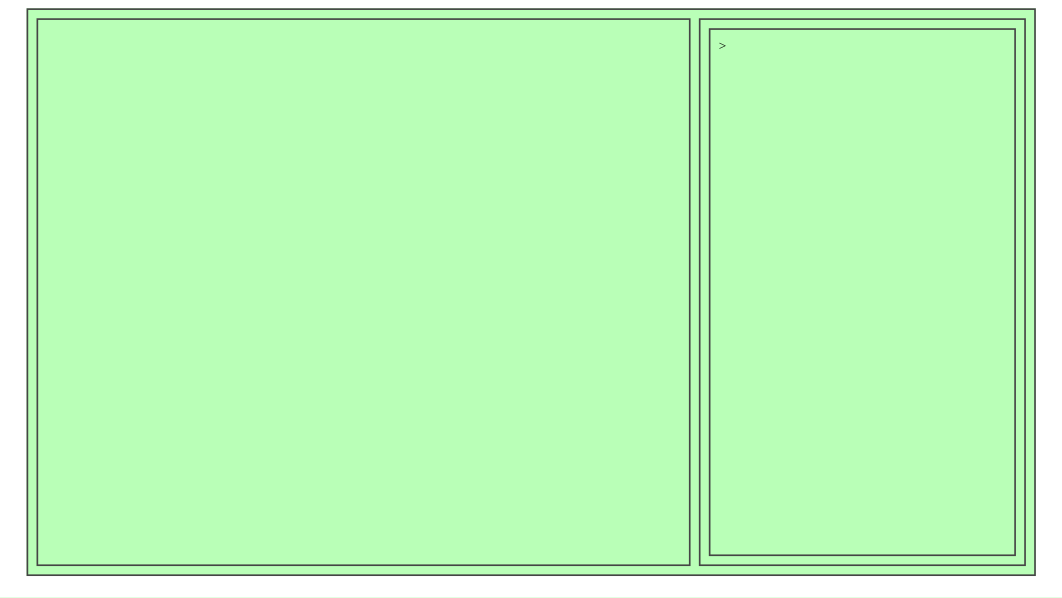
Repository: tannerbroberts/tannerbroberts.github.io
Page: /
An editor plug-in stored every save of this project. The page is shown before and after a run of saves, followed by the edit.
The browser window is 1280 px wide. The pictures show the whole page, at 83% of full size.
The project was rebuilt for these pictures with package versions that can differ from the ones it lists, and the page was loaded fresh each time. Also part of the build but not shown: vite.config.ts.

Above is the page before, as saved 2022-10-04 09:45:45.

After the next 2 saves:
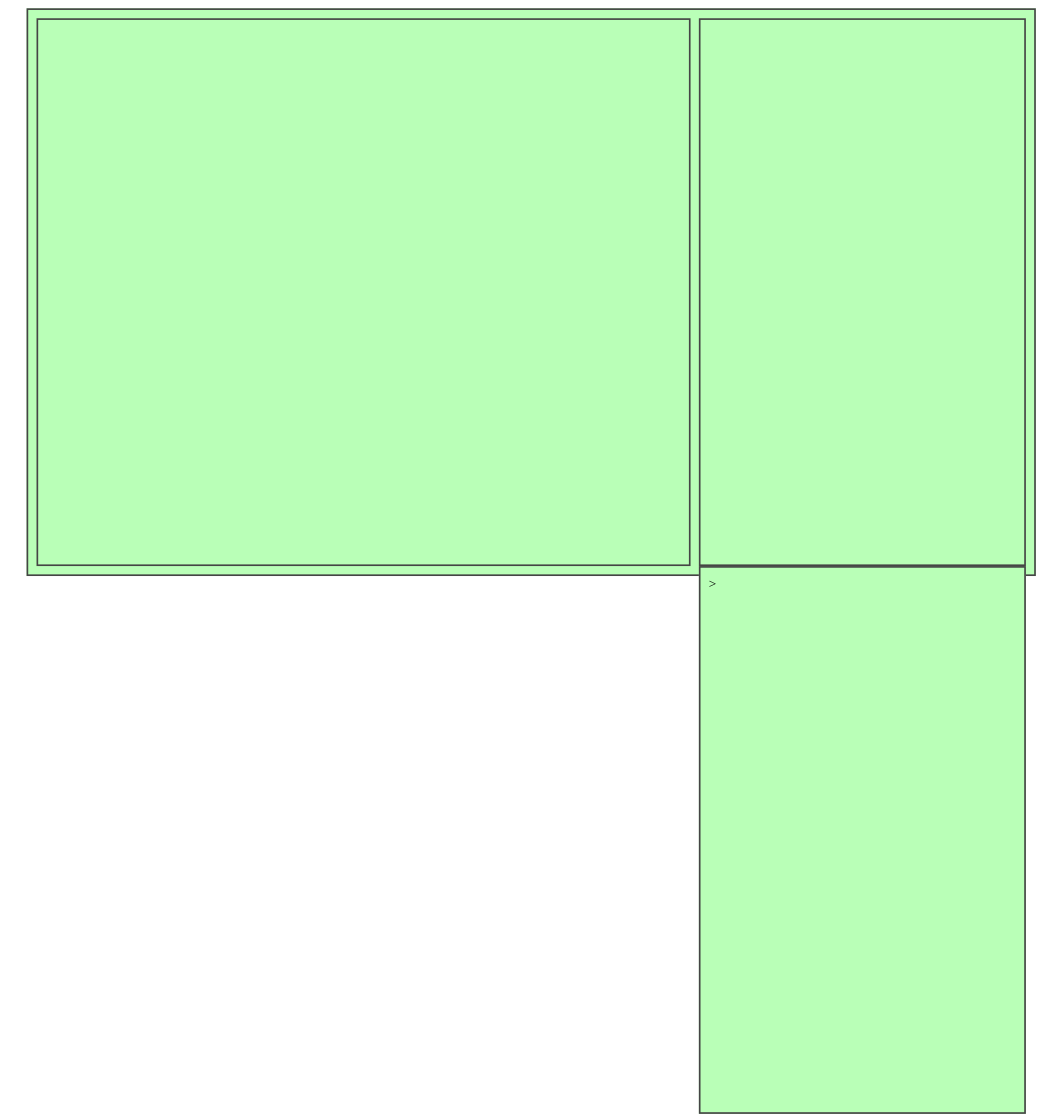
The 2 saves are shown as one change because they came seconds apart.
The last was saved 30 s later.
--- a/src/components/Shelf/Shelf.js
+++ b/src/components/Shelf/Shelf.js
@@ -19,8 +19,8 @@ export default function Shelf() {
 	const { shelfOpen } = useATP_StateContext()
 
 	return (
-		<div style={shelfCSS(shelfOpen)}>
-			<div></div> {/** content area */}
+		<div>
+			<div style={shelfCSS(shelfOpen)}></div> {/** content area */}
 			<ShelfToggle />
 		</div>
 	)
